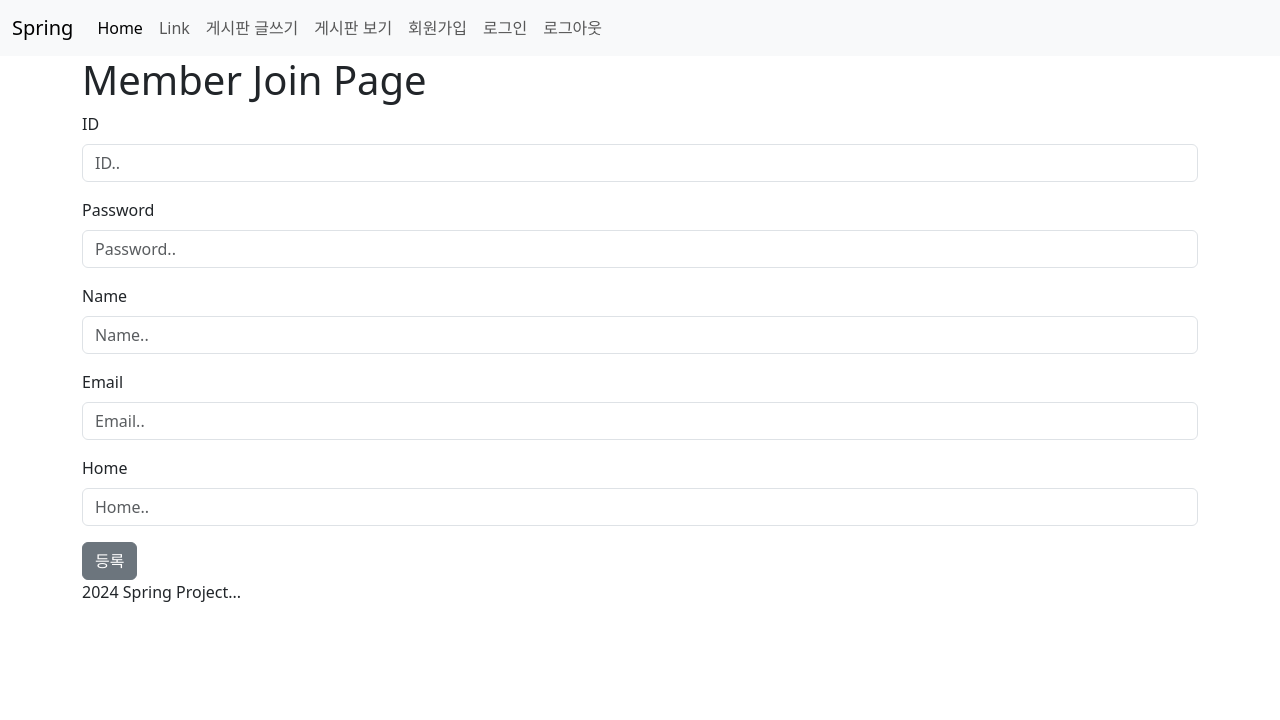
Repository: gajami-kim/240430_Spring_Study
Page: http://localhost/spring_study/WEB-INF/views/member/modify.jsp
These files come from the project's save history. The page is drawn as it stood at one moment and after the next save; the edit follows.
The browser window is 1280 px wide. The pictures show the whole page.
The page is served by Tomcat 9. Nobody is signed in. The template is opened directly, without the code that normally fills it, so the values that code supplies are empty.

Above is the page before, as saved 2024-04-25 05:51:48.

After the next save:
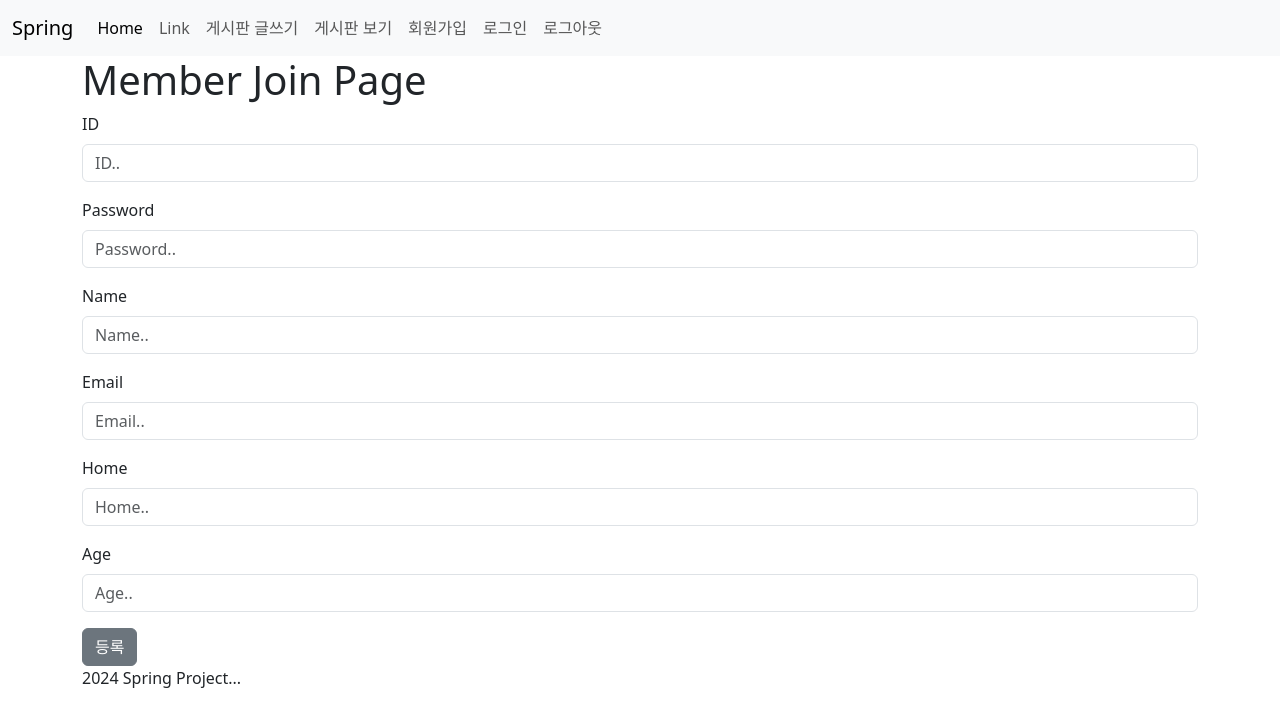
Saved 29 s later.
--- a/spring_study/src/main/webapp/WEB-INF/views/member/modify.jsp
+++ b/spring_study/src/main/webapp/WEB-INF/views/member/modify.jsp
@@ -25,6 +25,10 @@
 		  <label for="h" class="form-label">Home</label>
 		  <input type="text" class="form-control" name="home" id="h" placeholder="Home..">
 		</div>
+		<div class="mb-3">
+		  <label for="a" class="form-label">Age</label>
+		  <input type="text" class="form-control" name="age" id="a" placeholder="Age..">
+		</div>
 		<button type="submit" class="btn btn-secondary">등록</button>
 	</form>
 </div>
